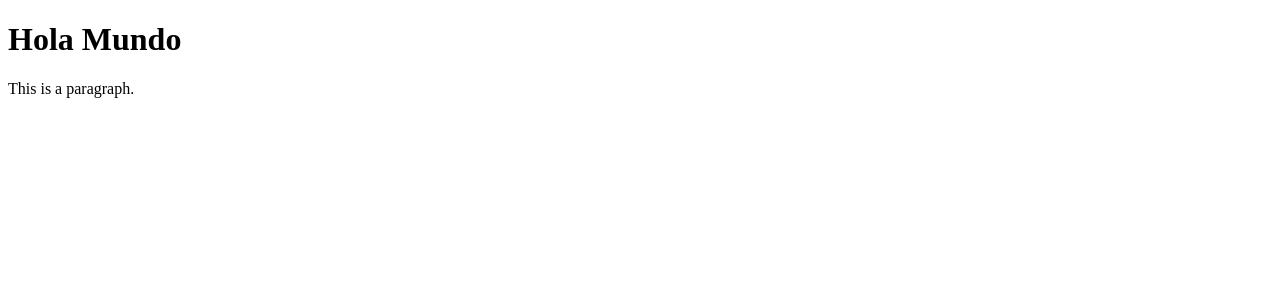
Repository: Devbenitez/Gen_30
Page: Gen_30/Maquetado/Clase1/index.html
The author's editor kept a copy of each file at every save. The page is drawn from the files as they stood at one save, then again after the next save.
The browser window is 1280 px wide. The pictures show the whole page.

Above is the page before, as saved 2023-11-07 21:18:03.

### Gen_30/Maquetado/Clase1/index.html
<!DOCTYPE html>
<!--esto es un comentario-->
<html lang="es">
    <head>
        <meta charset="UTF-8" />
        <meta name="descripción" content="=primer página del módulo maquetado"/>
        <meta name="author" content="danielbenitez" />
<title>Maquetado Calse 1</title>
    </head>
<body>

<h1>Hola Mundo</h1>
<p>This is a paragraph.</p>

</body>
</html>

After the next save:
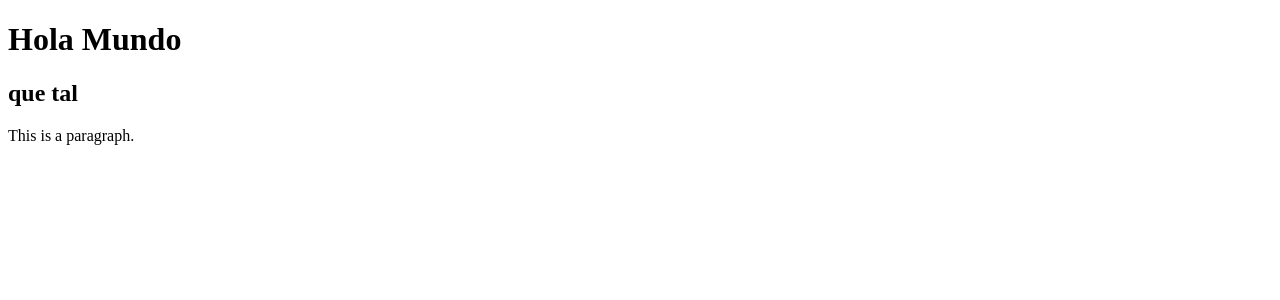
Saved 10 min 54 s later.
--- a/Gen_30/Maquetado/Clase1/index.html
+++ b/Gen_30/Maquetado/Clase1/index.html
@@ -9,7 +9,19 @@
     </head>
 <body>
 
-<h1>Hola Mundo</h1>
+<!-- etiquetas contenedoras -->
+<!--<div>asdgsdf</div>
+<section>aergar</section>
+<article>asdgwre</article>
+<main>>main/>
+-->
+
+<main>
+    <!-- etiquetas de texto -->
+    <h1>Hola Mundo</h1>
+    <h2>que tal</h2>
+</main>
+
 <p>This is a paragraph.</p>
 
 </body>
